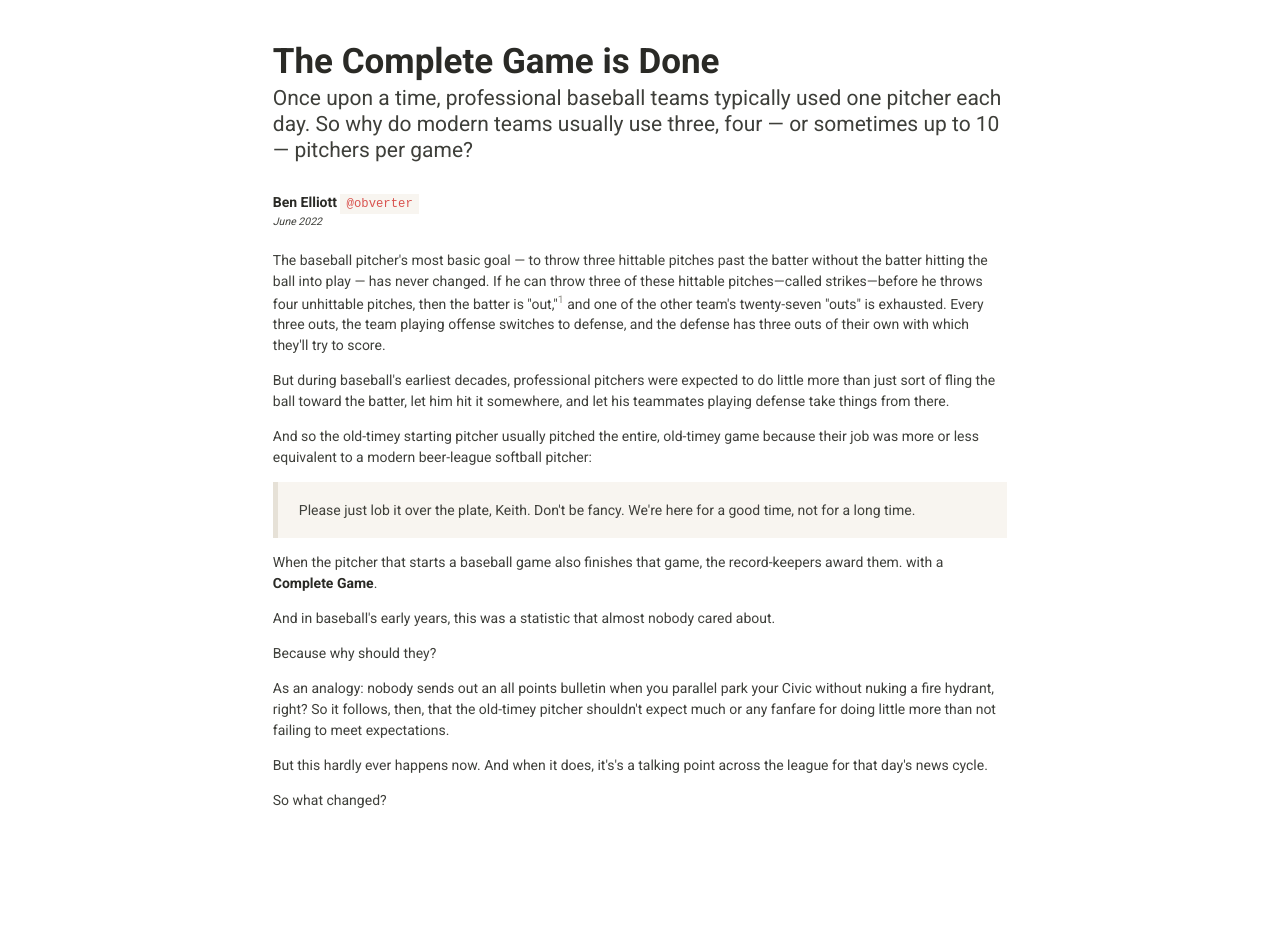
Repository: obverter/complete-games-are-done
Page: index.html
An editor plug-in stored every save of this project. The page is shown before and after the next save, followed by the edit.
The browser window is 1280 px wide. The pictures show the part of the page from y = 0 to 952 px (the page is 1596 px tall before and 1631 px after).
Pictures or frames that could not be fetched are drawn as grey boxes.

Above is the page before, as saved 2022-06-24 20:41:48.

After the next save:
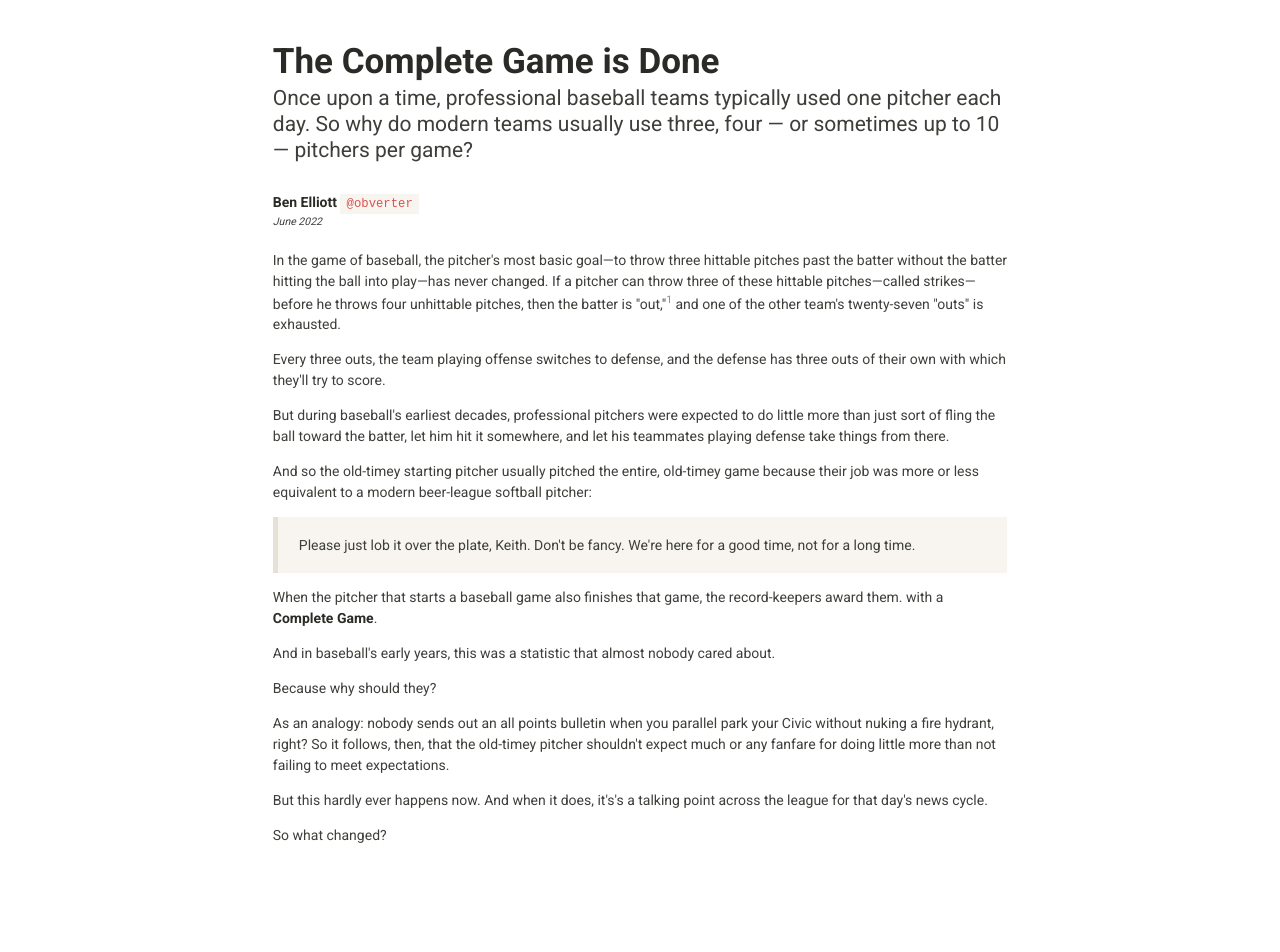
Saved 91 s later.
--- a/index.html
+++ b/index.html
@@ -5,10 +5,7 @@
         <meta name="viewport" content="width=device-width, initial-scale=1" />
         <title>Complete Games Are Done</title>
         <!-- todo: Title above is the text in the browser tab. -->
-        <link
-            rel="stylesheet"
-            href="docs/bulmaswap.min.css"
-        />
+        <link rel="stylesheet" href="docs/bulmaswap.min.css" />
     </head>
 
     <body>
@@ -39,10 +36,20 @@
                     <h6 class="subtitle is-7"><em>June 2022</em></h6>
                     <div class="content">
                         <p>
-                            The baseball pitcher's most basic goal — to throw
+                            In the game of baseball, the pitcher's most basic goal—to throw
                             three hittable pitches past the batter without the
-                            batter hitting the ball into play — has never
-                            changed. If he can throw three of these hittable pitches—called strikes—before he throws four unhittable pitches, then the batter is "out,"<sup><a href="#fn1" id="ref1">1</a></sup> and one of the other team's twenty-seven "outs" is exhausted. Every three outs, the team playing offense switches to defense, and the defense has three outs of their own with which they'll try to score.
+                            batter hitting the ball into play—has never
+                            changed. If a pitcher can throw three of these
+                            hittable pitches—called strikes—before he throws
+                            four unhittable pitches, then the batter is
+                            "out,"<sup><a href="#fn1" id="ref1">1</a></sup>
+                            and one of the other team's twenty-seven "outs" is
+                            exhausted.
+                        </p>
+                        <p>
+                            Every three outs, the team playing offense switches
+                            to defense, and the defense has three outs of their
+                            own with which they'll try to score.
                         </p>
                         <p>
                             But during baseball's earliest decades, professional
@@ -86,8 +93,56 @@
                             day's news cycle.
                         </p>
                         <p>So what changed?</p>
-                        <iframe title="Pitching a Complete Game: Once Normal, Now Novel" aria-label="Scatter Plot" id="datawrapper-chart-UmZWo" src="https://datawrapper.dwcdn.net/UmZWo/4/" scrolling="no" frameborder="0" style="width: 0; min-width: 100% !important; border: none;" height="678"></iframe><script type="text/javascript">!function(){"use strict";window.addEventListener("message",(function(e){if(void 0!==e.data["datawrapper-height"]){var t=document.querySelectorAll("iframe");for(var a in e.data["datawrapper-height"])for(var r=0;r<t.length;r++){if(t[r].contentWindow===e.source)t[r].style.height=e.data["datawrapper-height"][a]+"px"}}}))}();
-</script>
+                        <iframe
+                            title="Pitching a Complete Game: Once Normal, Now Novel"
+                            aria-label="Scatter Plot"
+                            id="datawrapper-chart-UmZWo"
+                            src="https://datawrapper.dwcdn.net/UmZWo/4/"
+                            scrolling="no"
+                            frameborder="0"
+                            style="
+                                width: 0;
+                                min-width: 100% !important;
+                                border: none;
+                            "
+                            height="678"
+                        ></iframe>
+                        <script type="text/javascript">
+                            !(function () {
+                                "use strict";
+                                window.addEventListener(
+                                    "message",
+                                    function (e) {
+                                        if (
+                                            void 0 !==
+                                            e.data["datawrapper-height"]
+                                        ) {
+                                            var t =
+                                                document.querySelectorAll(
+                                                    "iframe"
+                                                );
+                                            for (var a in e.data[
+                                                "datawrapper-height"
+                                            ])
+                                                for (
+                                                    var r = 0;
+                                                    r < t.length;
+                                                    r++
+                                                ) {
+                                                    if (
+                                                        t[r].contentWindow ===
+                                                        e.source
+                                                    )
+                                                        t[r].style.height =
+                                                            e.data[
+                                                                "datawrapper-height"
+                                                            ][a] + "px";
+                                                }
+                                        }
+                                    }
+                                );
+                            })();
+                        </script>
 
                         <sup id="fn1"
                             >1. For my beloved baseball pedants: I know that the
